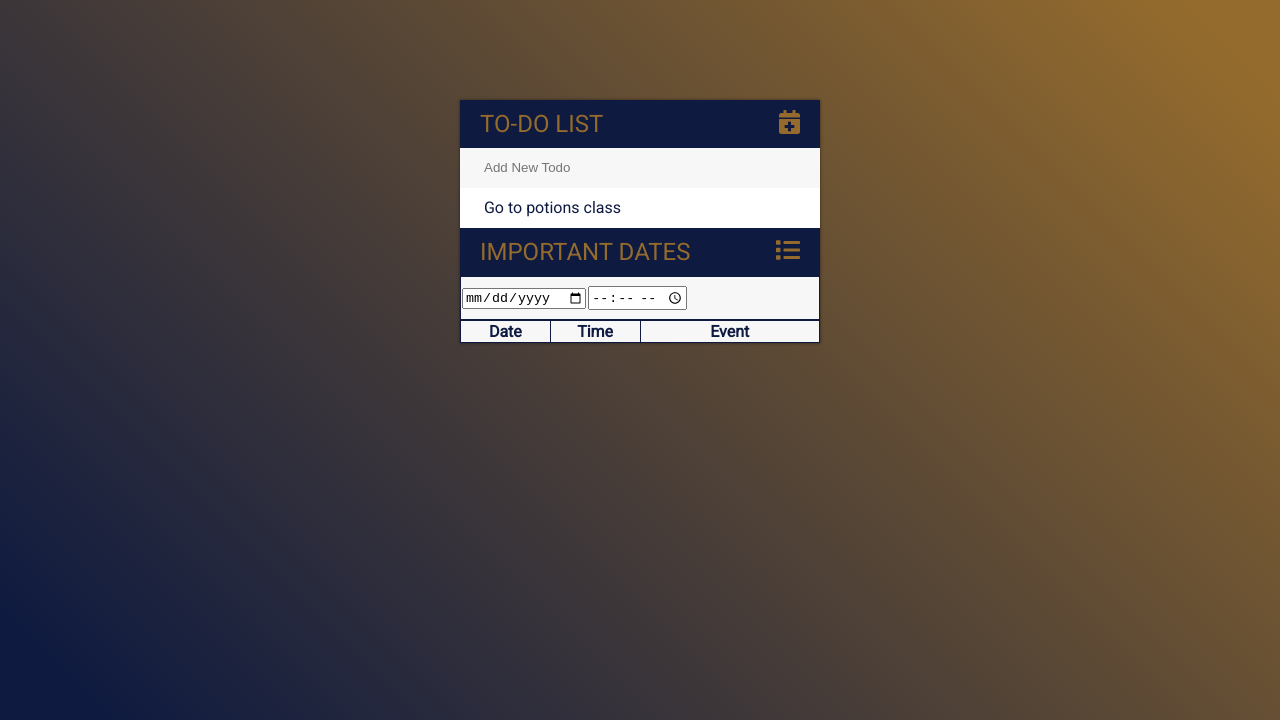
Repository: chrisYoder/Ravenclaw_Todo_List
Page: index.html
The author's editor kept a record of every edit. The page is drawn from the files as they stood at one moment, then again after the next edit.
The browser window is 1280 px wide. The pictures show the whole page.
Some web libraries are served in a nearby version.

Above is the page before.

### index.html
<!DOCTYPE html>
<html>
  <head>
    <meta name="viewport" content="width=device-width, height=device-height, initial-scale=1">
    <title>Todo List</title>
    <script type="text/javascript" src="assets/js/lib/jquery-3.3.1.min.js"></script>
    <link rel="stylesheet" href="assets/css/styles.css" type="text/css" />
    <link href="https://fonts.googleapis.com/css?family=Roboto" rel="stylesheet">
    <link rel="stylesheet" href="https://use.fontawesome.com/releases/v5.8.1/css/all.css" integrity="sha384-50oBUHEmvpQ+1lW4y57PTFmhCaXp0ML5d60M1M7uH2+nqUivzIebhndOJK28anvf" crossorigin="anonymous">

  </head>

  <body>
    <div id='container'>
      <div id='todo'>
        <h1>To-do List<i class="fas fa-calendar-plus"></i></h1>
        <input type='text' id='todoInput' placeholder='Add New Todo'>

        <ul id='todoList'>
          <li><span><i class="fa fa-trash"></i></span> Go to potions class</li>
        </ul>
      </div>

      <div id='dates'>
        <h1>Important Dates <i class="fa fa-list"></i></h1>

        <table>
          <tr>
            <td id='inputDate'><input type='date'></td>
            <td id='inputTime'><input type='time'></td>
            <td id='inputEvent'><input type='text'></td>
          </tr>
        </table>





        <table>
          <thead>
            <th class='date'>Date</th>
            <th class='time'>Time</th>
            <th class='event'>Event</th>
          </thead>
        </table>
      </div>
    </div>





    <script type="text/javascript" src="assets/js/todo.js"></script>
  </body>
</html>

### assets/css/styles.css
:root{
  --bronze: rgb(148,107,45);
  --blue: rgb(14,26,64);

}

body{
  font-family: 'Roboto';


}

body{
  background: -webkit-linear-gradient(45deg, var(--blue) 5%, var(--bronze) 95%);
  background-attachment: fixed;
  background-repeat: no-repeat;
  height: 100%;
  margin: 0;
}

#container{
    width: 360px;
    margin: 100px auto;
    background: #f7f7f7;
    color: var(--blue);
    box-shadow: 0 0 3px rgba(0,0,0,0.5);

}

    h1{
      background: var(--blue);
      color: var(--bronze);
      margin: 0;
      padding: 10px 20px;
      text-transform: uppercase;
      font-size: 24px;
      font-weight: normal;
    }

    .fa-calendar-plus{
    float: right;

    }

    input[type='text']{
      width: 100%;
      padding: 7px 7px 7px 21px;
      margin: 0px;
      border: none;
      background: none;
      height: 40px;
      line-height: 40px;
      color: var(--blue);
      box-sizing: border-box;
      border: 3px solid rgba(0,0,0,0);
    }

    input:focus{
      background: #fff;
      border: 3px solid var(--bronze);
      outline: none;
    }

    ul {
      list-style: none;
      margin: 0;
      padding: 0;
    }

    li {
      background: #fff;
      height: 40px;
      line-height: 40px;
    }

    li:nth-child(even){
      background: rgba(93,93,93, 0.25);
    }

    .completed{
      color: var(--bronze);
      text-decoration: line-through;
    }

    span {
      height: 40px;
      margin-right: 20px;
      text-align: center;
      width: 0;
      display: inline-block;
      background: var(--blue);
      color: var(--bronze);
      opacity: 0;
      transition: .5s;

    }


    li:hover span {
      width: 40px;
      opacity: 1;
      transition: .5s;

    }

/*IMPORTANT DATES*/

.fa-list {
  color: var(--bronze);
  float: right;
}

table{
  border: 1px solid var(--blue);
  border-collapse: collapse;
  box-sizing: border-box;
  width: 100%;
}

table{
  width: 100%;
}
table th {
  border: 1px solid var(--blue);

}

.date{
  width: 25%;
}

.time{
  width: 25%;
}

.event{
  width: 50%;
}

### assets/js/todo.js
/*strike through specific todos*/

$('ul').on('click', 'li', function(){
  $(this).toggleClass('completed');
});

//listen for clicks on x

$('ul').on('click', 'span', function(e){
  $(this).parent().fadeOut(500, function(){
    $(this).remove();
  });
  e.stopPropagation();
});

$('.fa-calendar-plus').on('click', function(){
  $('#todo').hide();
  $('#dates').show();
});

$('.fa-list').on('click', function(){
  $('#dates').hide();
  $('#todo').show();
});
//new item function
const importantDates = [];

$("#todoInput").on('keypress', function(e){
  if(e.keyCode === 13){
    let value = $(this).val();
    let words = value.split(' ');
    let styledTodo = [];
    tags(words, styledTodo);
    $('#todoList').append(`<li><span><i class="fa fa-trash"></i></span> ${styledTodo.join(' ')} </li>`);
    $(this).val('');
  }
});

$('#datesInput').on('keypress', function(e){
  if(e.keyCode === 13){
    let value = $(this).val();
    let words = value.split(' ');
    let date = words[0];
    let formattedDate = new Date(date).toLocaleDateString();
    let time = words[1];
    let event = words.slice(2, words.length);
    let styledEvent = [];

    tags(event, styledEvent);
    $('#datesList').append(`<li><span><i class="fa fa-trash"></i></span> ${date} | ${time} | ${styledEvent.join(' ')}</li>`);
    importantDates.push([formattedDate,  `<li><span><i class="fa fa-trash"></i></span>${time} | ${styledEvent.join(' ')}</li>`]);
    console.log(importantDates);
    $(this).val('');
  }
});



const tags = (arr, rArr) => {
  // search array for # and style it in a particular way
    arr.forEach(e => {
      if(e[0] === '#') {
        e = `<i class='tag'>${e}</i>`;
        rArr.push(e);
      }
      else{
        rArr.push(e);
      }
    });
    return rArr;
};


//recurring dates
//format ! + d for daily || w for weekly || m for monthly || y for yearly


//import date to To-do list on the date that it is due
  //ie: something due on 4.5.19 will show up in the to-do list on 4.5.19

const date2todo = () => {
  if(importantDates[0] === new Date().toLocaleDateString()){
    console.log('The comparison worked');
  }

};
  //I need to loop through the Important Dates LI
  //check to see if the first element == today's date
    //if true then add time and event to to-do
  // this might be better when I can add a backend but for now i will add it to an array

Loaded but not shown: assets/js/lib/jquery-3.3.1.min.js (library)

After the next edit:
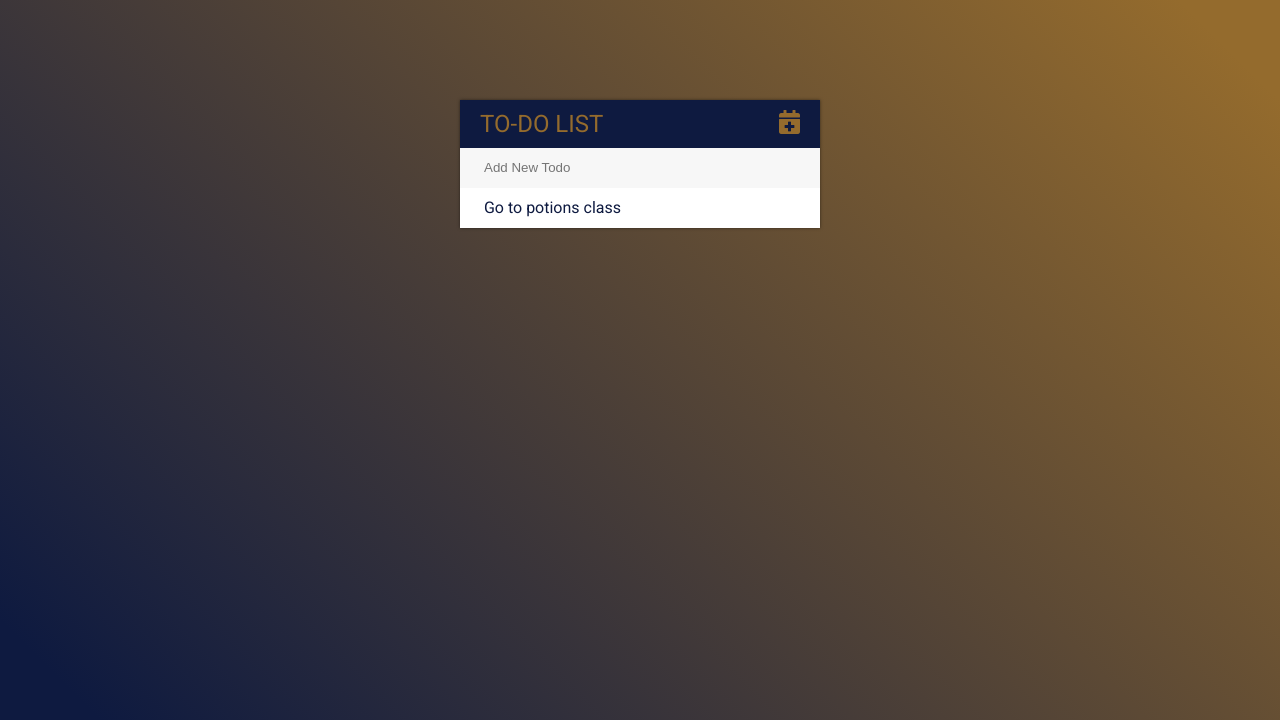
The edit:
--- a/assets/css/styles.css
+++ b/assets/css/styles.css
@@ -110,29 +110,7 @@
   float: right;
 }
 
-table{
-  border: 1px solid var(--blue);
-  border-collapse: collapse;
-  box-sizing: border-box;
-  width: 100%;
-}
-
-table{
-  width: 100%;
-}
-table th {
-  border: 1px solid var(--blue);
+#dates{
+  display: none;
 
 }
-
-.date{
-  width: 25%;
-}
-
-.time{
-  width: 25%;
-}
-
-.event{
-  width: 50%;
-}
